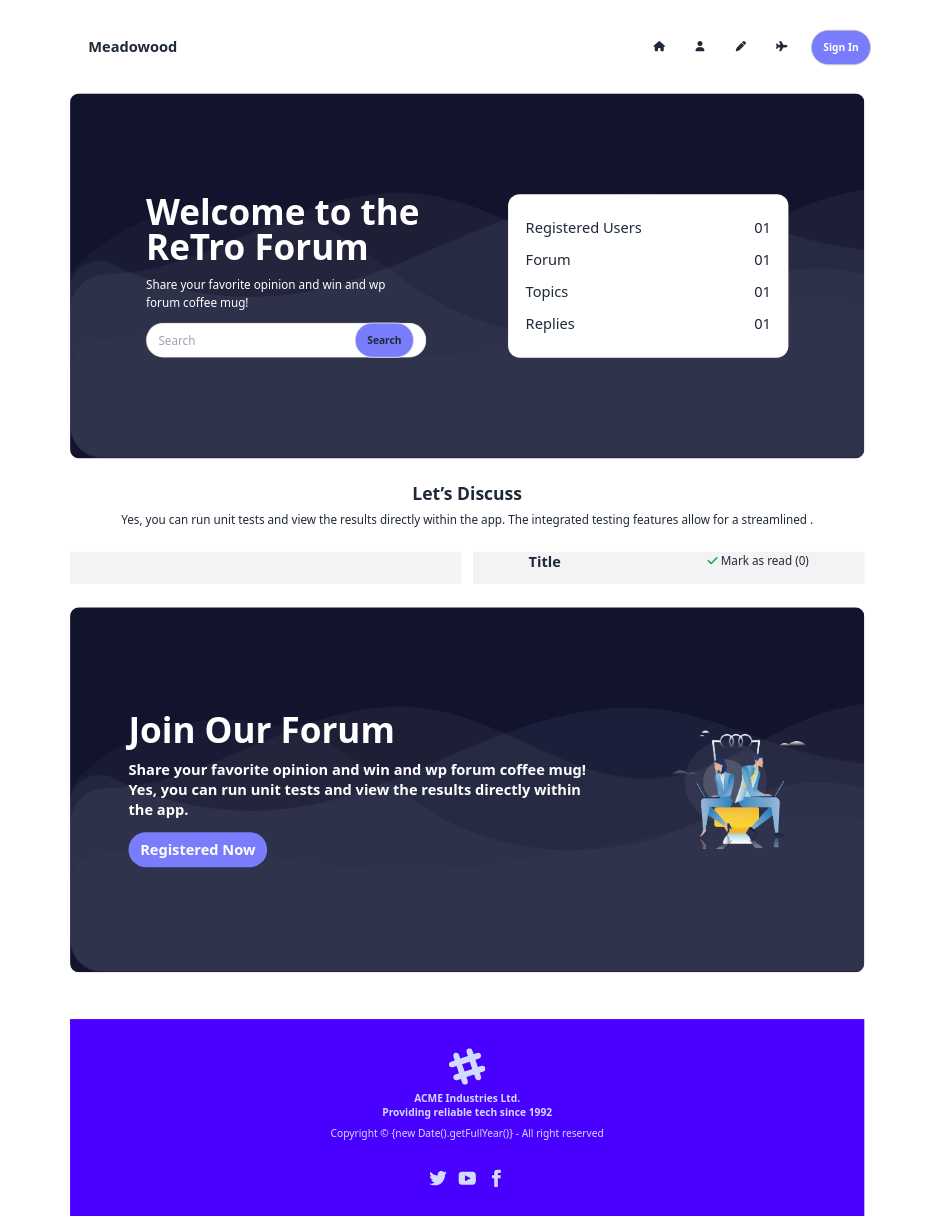
Repository: RudrasahaDibos/Meadowood-Forum
Page: index.html
An editor plug-in stored every save of this project. The page is shown before and after the next save, followed by the edit.
The browser window is 1280 px wide. The page is 1280 px wide, then 1289 px, so the pictures cover 1289 px, including what lies to the right of the window. The pictures show the whole page, at 73% of full size.
The page's requests for data from a server got no answer. Some web libraries are served in a nearby version.

Above is the page before, as saved 2024-11-25 11:09:24.

After the next save:
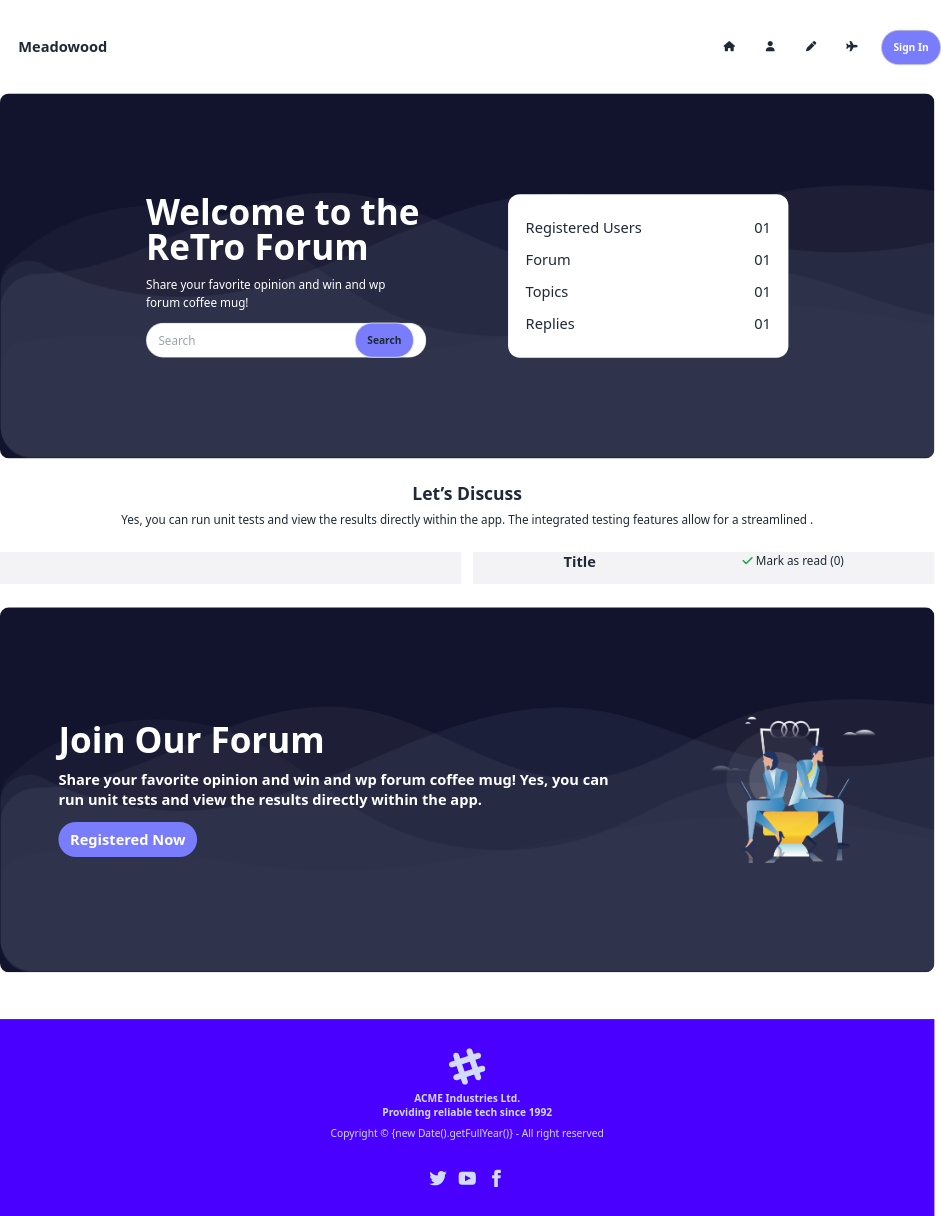
Saved 28 s later.
--- a/index.html
+++ b/index.html
@@ -18,7 +18,7 @@
             crossorigin="anonymous" referrerpolicy="no-referrer" />
 
     </head>
-    <body class="container mx-auto lg:px-24 px-8">
+    <body >
         <!-- header is start here  -->
         <header class="mt-8">
             <!-- navbar is start here  -->
